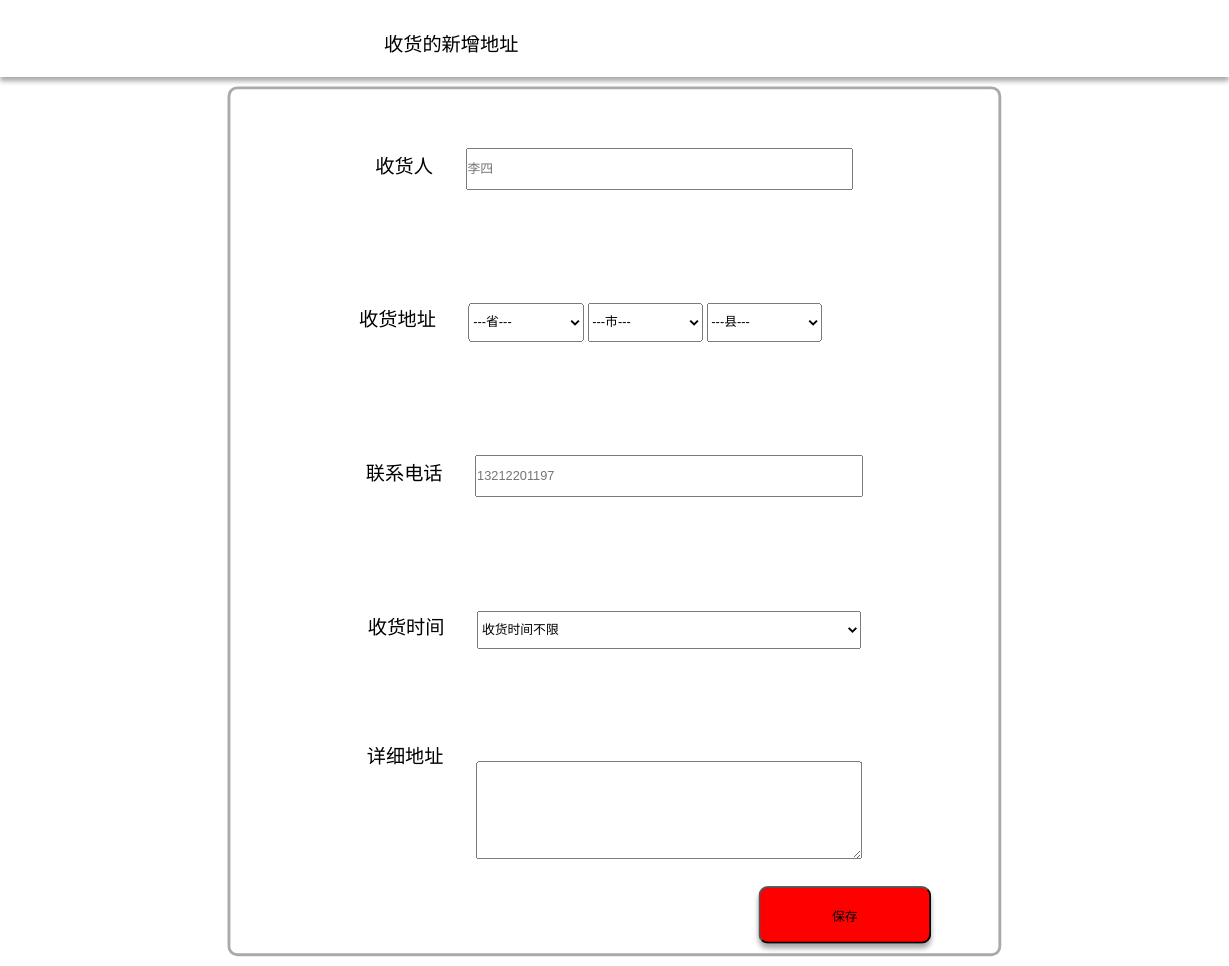
Repository: huaermao123/shopping
Page: http://localhost/Login2_02/OrderPage.jsp
The author's editor kept a copy of each file at every save. The page is drawn from the files as they stood at one save, then again after the next save.
The browser window is 1280 px wide. The pictures show the whole page, at 96% of full size.
The page is served by Tomcat 9.

Above is the page before, as saved 2017-10-18 14:43:19.

After the next save:
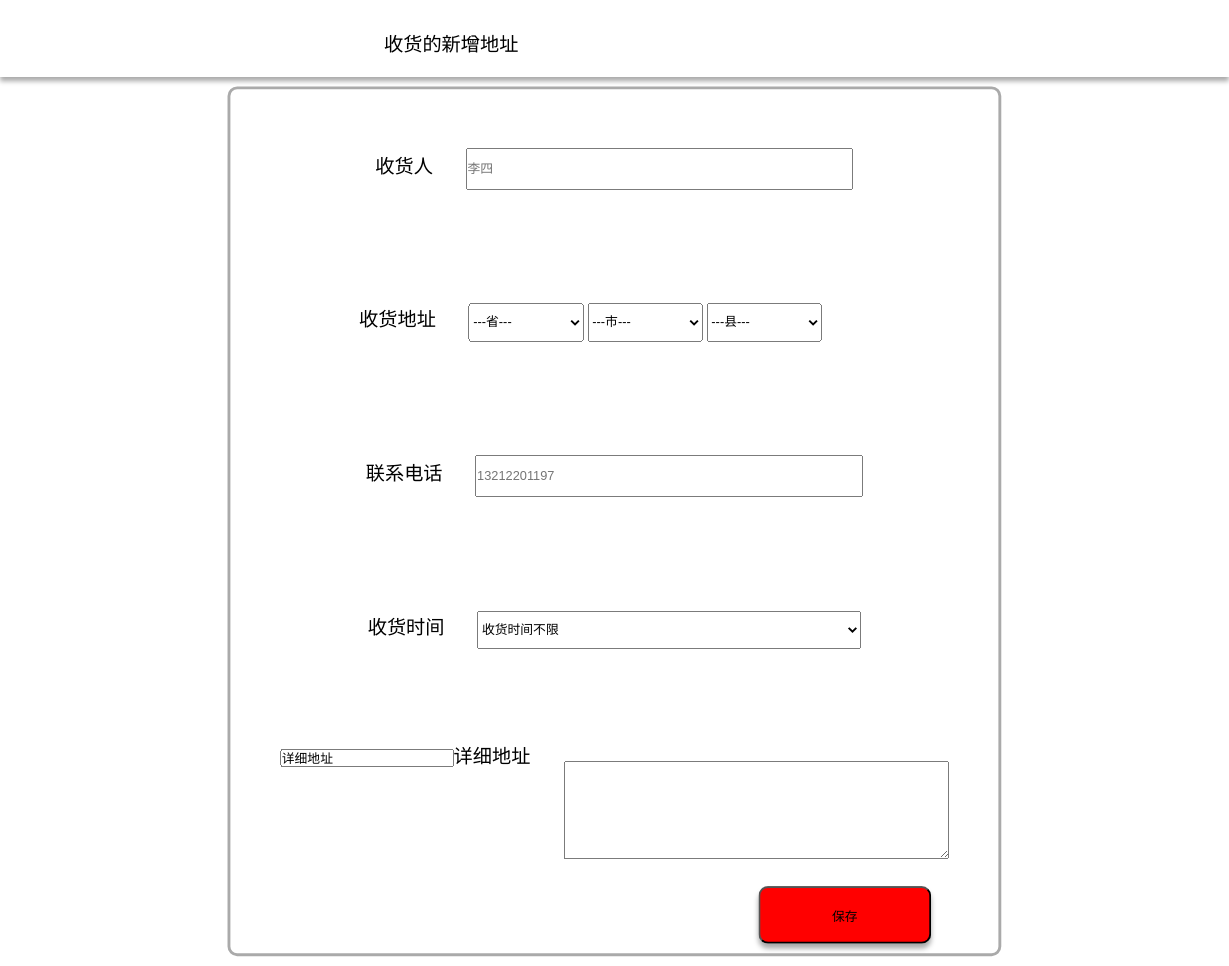
Saved 31 s later.
--- a/Login2_02/WebContent/OrderPage.jsp
+++ b/Login2_02/WebContent/OrderPage.jsp
@@ -107,7 +107,7 @@
 			</div>
 
 			<div class="addr05">
-				<span>详细地址</span>
+				<span><input type="text" value="详细地址"/>详细地址</span>
 				<textarea></textarea>
 			</div>
 
